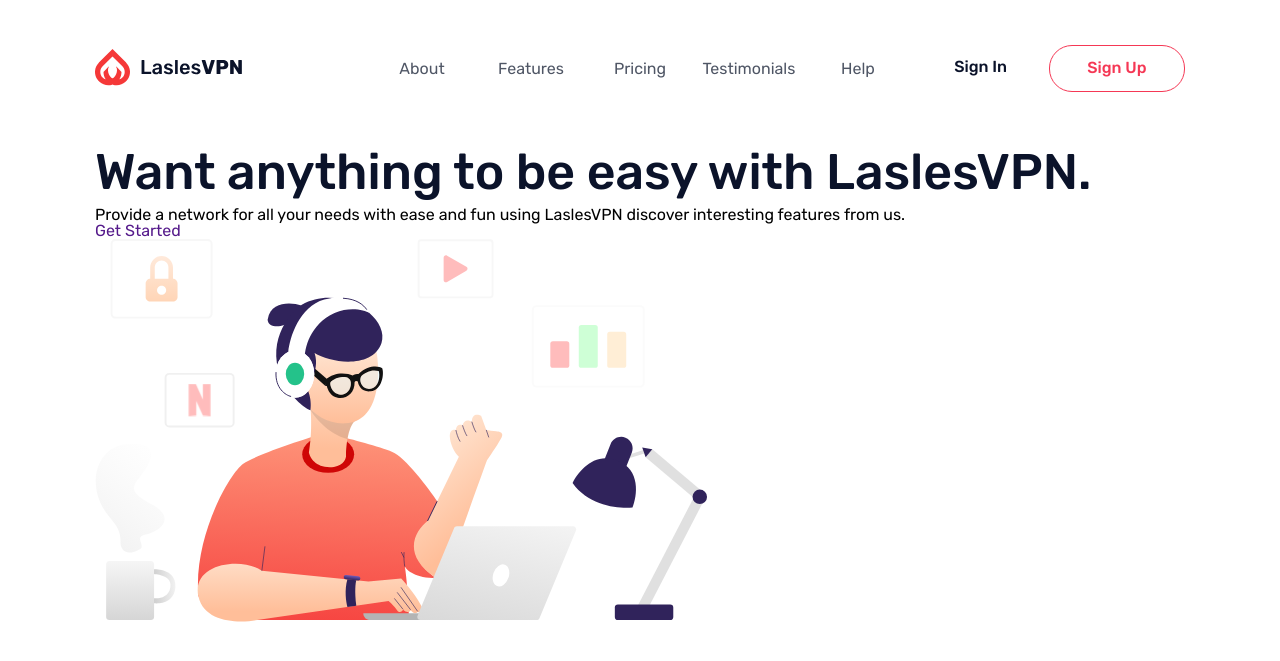
Repository: pixendrit/beetroot-fe-g1
Page: classwork/15 - CSS GRID layout/vpn-grid/index.html
An editor plug-in stored every save of this project. The page is shown before and after the next save, followed by the edit.
The browser window is 1280 px wide. The pictures show the whole page.

Above is the page before, as saved 2021-02-15 18:30:21.

After the next save:
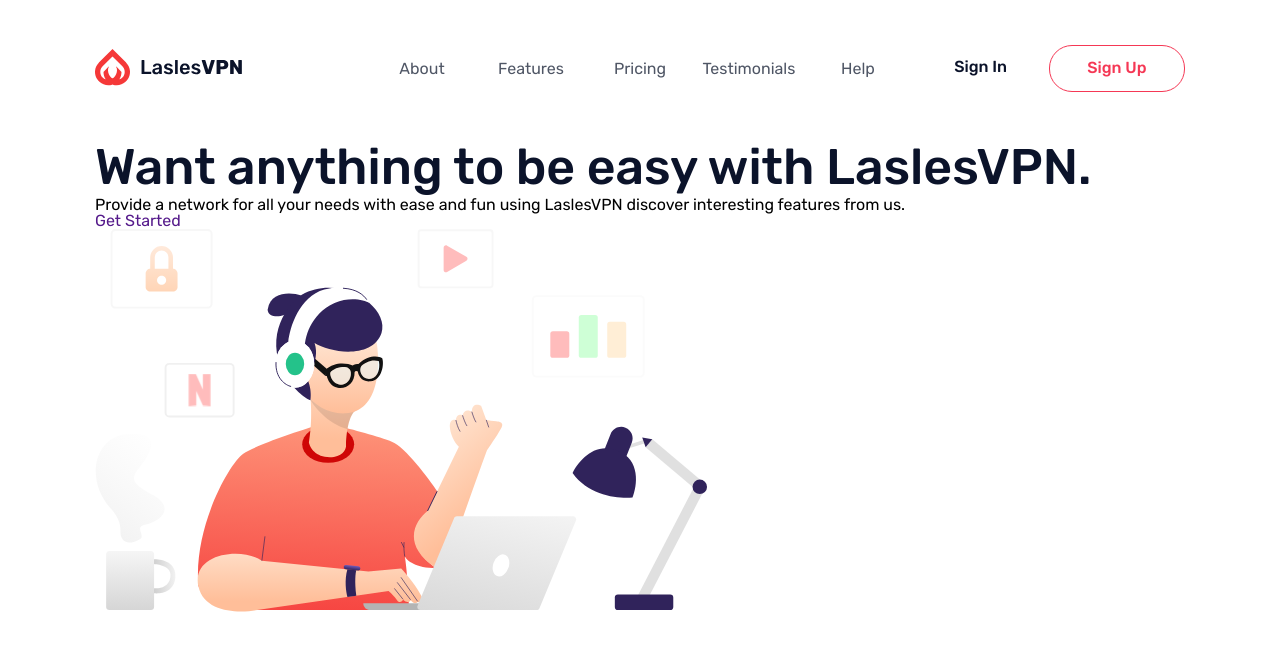
Saved 10 s later.
--- a/classwork/15 - CSS GRID layout/vpn-grid/css/app.css
+++ b/classwork/15 - CSS GRID layout/vpn-grid/css/app.css
@@ -124,7 +124,7 @@
 .hero h1 {
   font-weight: 500;
   font-size: 50px;
-  line-height: 70px;
+  line-height: 1.2em;
   color: #0B132A;
 }
 .hero p {}

After the save that followed:
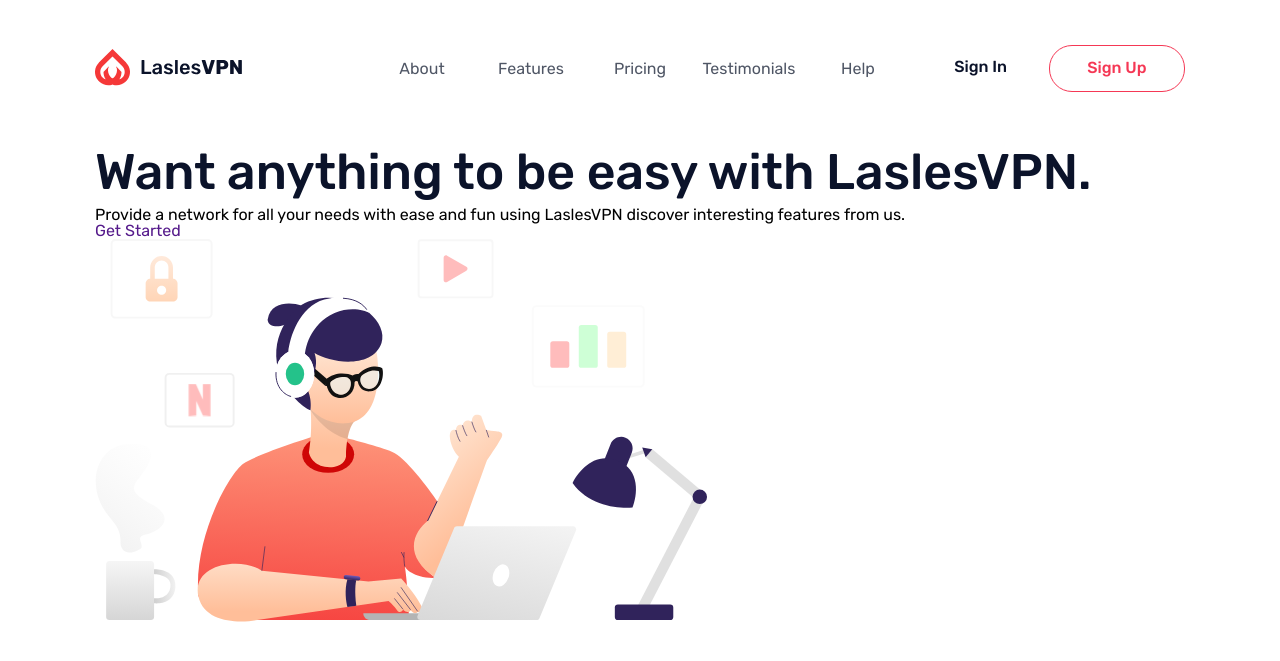
Saved 40 s later.
--- a/classwork/15 - CSS GRID layout/vpn-grid/css/app.css
+++ b/classwork/15 - CSS GRID layout/vpn-grid/css/app.css
@@ -124,7 +124,7 @@
 .hero h1 {
   font-weight: 500;
   font-size: 50px;
-  line-height: 1.2em;
+  line-height: 1.4em;
   color: #0B132A;
 }
 .hero p {}
